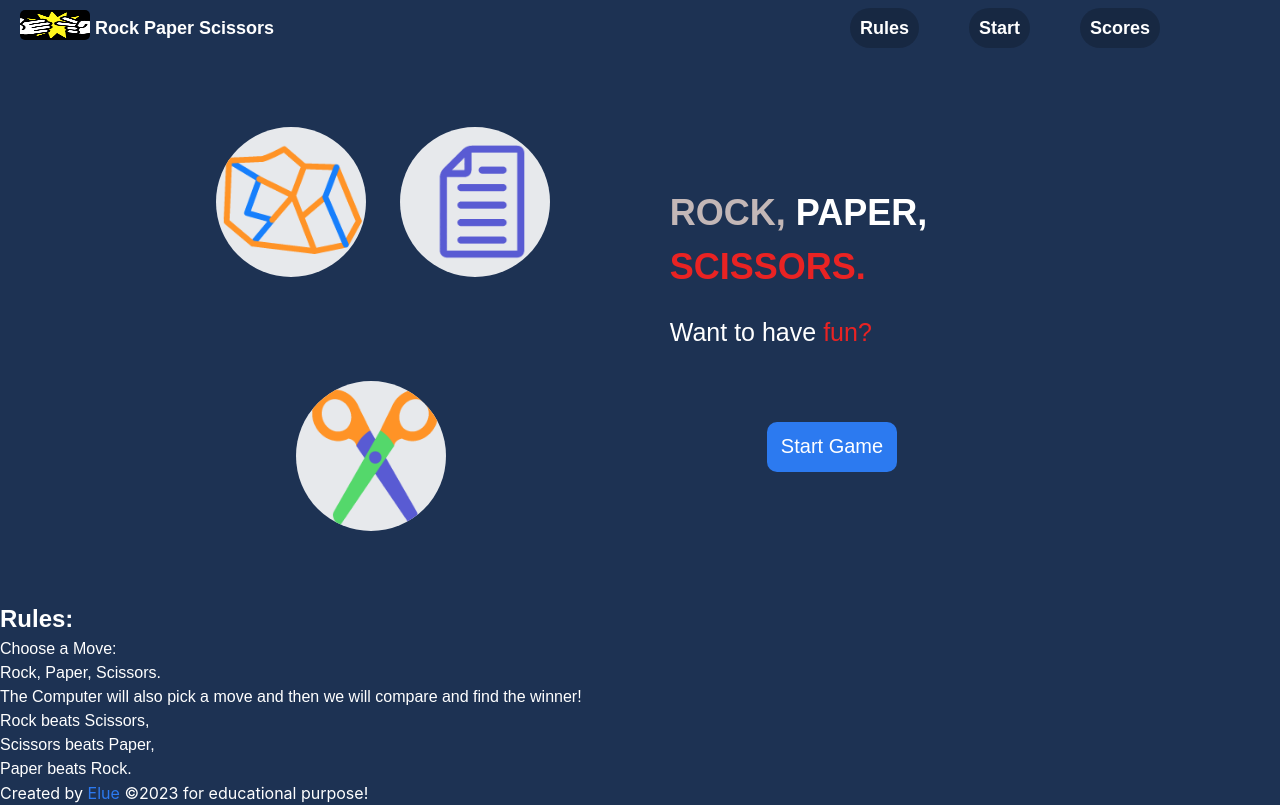
Repository: MikkyPrestige/rock-paper-scissors
Page: index.html
An editor plug-in stored every save of this project. The page is shown before and after the next save, followed by the edit.
The browser window is 1280 px wide. The pictures show the whole page.

Above is the page before, as saved 2023-05-08 05:29:20.

After the next save:
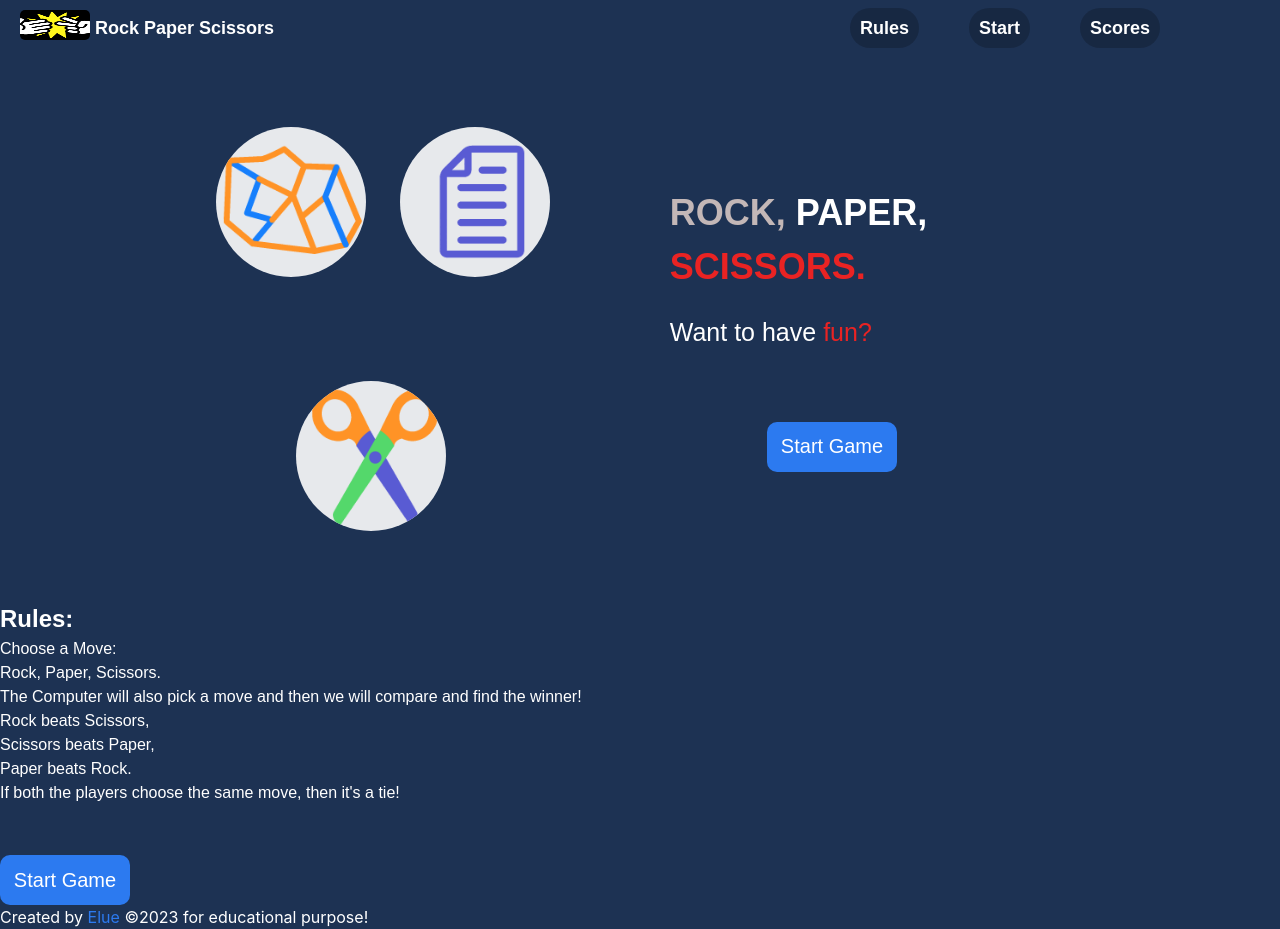
Saved 40 s later.
--- a/index.html
+++ b/index.html
@@ -47,6 +47,8 @@
         <p class="rule--para">Choose a Move: <br>Rock, Paper, Scissors.</p>
         <p class="rule--para">The Computer will also pick a move and then we will compare and find the winner!</p>
         <p class="rule--para">Rock beats Scissors, <br> Scissors beats Paper, <br> Paper beats Rock.</p>
+        <p class="rule--para">If both the players choose the same move, then it's a tie!</p>
+        <button type="submit" class="btn">Start Game</button>
       </div>
 
       <footer>
